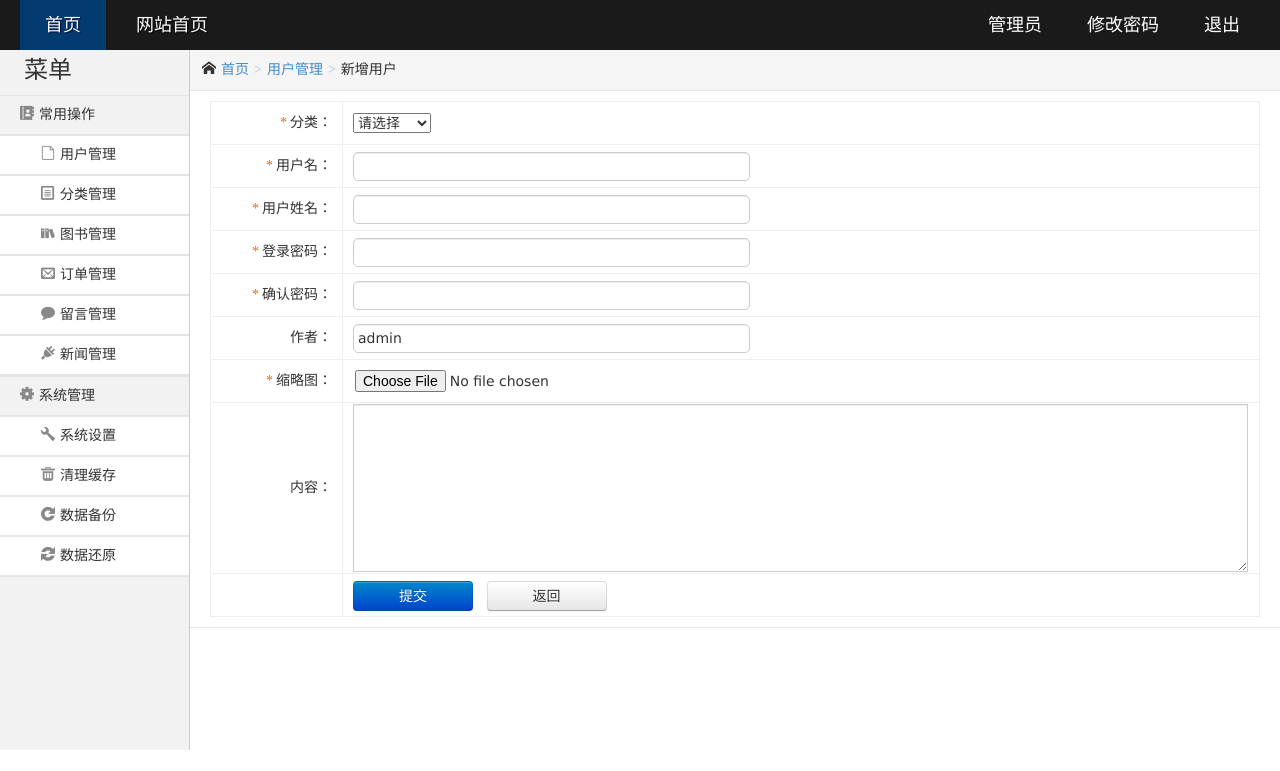
Repository: tianxiaohuahua/liuzhishop
Page: http://localhost/liuzhishop/manage/admin_useradd.jsp
The author's editor kept a copy of each file at every save. The page is drawn from the files as they stood at one save, then again after the next save.
The browser window is 1280 px wide. The pictures show the whole page.
The page is served by Tomcat 9. Other server files are loaded and not shown.

Above is the page before, as saved 2021-02-21 12:09:31.

### liuzhishop/WebContent/manage/admin_useradd.jsp
<%@ page language="java" contentType="text/html; charset=UTF-8"
    pageEncoding="UTF-8"%>
<%@ include file="admin_menu.jsp" %>
    <!--/sidebar-->
    <div class="main-wrap">

        <div class="crumb-wrap">
            <div class="crumb-list"><i class="icon-font"></i><a href="/jscss/admin/design/">首页</a><span class="crumb-step">&gt;</span><a class="crumb-name" href="admin_user.jsp">用户管理</a><span class="crumb-step">&gt;</span><span>新增用户</span></div>
        </div>
        <div class="result-wrap">
            <div class="result-content">
                <form action="/jscss/admin/design/add" method="post" id="myform" name="myform" enctype="multipart/form-data">
                    <table class="insert-tab" width="100%">
                        <tbody><tr>
                            <th width="120"><i class="require-red">*</i>分类：</th>
                            <td>
                                <select name="colId" id="catid" class="required">
                                    <option value="">请选择</option>
                                    <option value="19">精品界面</option><option value="20">推荐界面</option>
                                </select>
                            </td>
                        </tr>

                            <tr>
                                <th><i class="require-red">*</i>用户名：</th>
                                <td>
                                    <input class="common-text required" id="title" name="username" size="50" value="" type="text">
                                </td>
                            </tr>
                            <tr>
                                <th><i class="require-red">*</i>用户姓名：</th>
                                <td>
                                    <input class="common-text required" id="title" name="name" size="50" value="" type="text">
                                </td>
                            </tr>

                            <tr>
                                <th><i class="require-red">*</i>登录密码：</th>
                                <td>
                                    <input class="common-text required" id="title" name="password" size="50" value="" type="text">
                                </td>
                            </tr>

                             <tr>
                                <th><i class="require-red">*</i>确认密码：</th>
                                <td>
                                    <input class="common-text required" id="title" name="rePassword" size="50" value="" type="text">
                                </td>
                            </tr>


                            <tr>
                                <th>作者：</th>
                                <td><input class="common-text" name="author" size="50" value="admin" type="text"></td>
                            </tr>
                            <tr>
                                <th><i class="require-red">*</i>缩略图：</th>
                                <td><input name="smallimg" id="" type="file"><!--<input type="submit" onclick="submitForm('/jscss/admin/design/upload')" value="上传图片"/>--></td>
                            </tr>
                            <tr>
                                <th>内容：</th>
                                <td><textarea name="content" class="common-textarea" id="content" cols="30" style="width: 98%;" rows="10"></textarea></td>
                            </tr>
                            <tr>
                                <th></th>
                                <td>
                                    <input class="btn btn-primary btn6 mr10" value="提交" type="submit">
                                    <input class="btn btn6" onClick="history.go(-1)" value="返回" type="button">
                                </td>
                            </tr>
                        </tbody></table>
                </form>
            </div>
        </div>

    </div>
    <!--/main-->
</div>
</body>
</html>

### liuzhishop/WebContent/manage/admin_menu.jsp
<%@ page language="java" contentType="text/html; charset=UTF-8"
    pageEncoding="UTF-8"%>
<!DOCTYPE html PUBLIC "-//W3C//DTD HTML 4.01 Transitional//EN" "http://www.w3.org/TR/html4/loose.dtd">
<html>
<head>
    <meta charset="UTF-8"/>
    <title>简单通用文章系统后台管理模板</title>
    <link rel="stylesheet" type="text/css" href="css/common.css"/>
    <link rel="stylesheet" type="text/css" href="css/main.css"/>
</head>
<body>
<div class="topbar-wrap white">
    <div class="topbar-inner clearfix">
        <div class="topbar-logo-wrap clearfix">
            <h1 class="topbar-logo none"><a href="index.html" class="navbar-brand">后台管理</a></h1>
            <ul class="navbar-list clearfix">
                <li><a class="on" href="admin_index.jsp">首页</a></li>
                <li><a href="#" target="_blank">网站首页</a></li>
            </ul>
        </div>
        <div class="top-info-wrap">
            <ul class="top-info-list clearfix">
                <li><a href="#">管理员</a></li>
                <li><a href="#">修改密码</a></li>
                <li><a href="#">退出</a></li>
            </ul>
        </div>
    </div>
</div>
<div class="container clearfix">
    <div class="sidebar-wrap">
        <div class="sidebar-title">
            <h1>菜单</h1>
        </div>
        <div class="sidebar-content">
            <ul class="sidebar-list">
                <li>
                    <a href="#"><i class="icon-font">&#xe003;</i>常用操作</a>
                    <ul class="sub-menu">
                        <li><a href="admin_user.jsp"><i class="icon-font">&#xe008;</i>用户管理</a></li>
                        <li><a href="admin_cate.jsp"><i class="icon-font">&#xe005;</i>分类管理</a></li>
                        <li><a href="admin_product.jsp"><i class="icon-font">&#xe006;</i>图书管理</a></li>
                        <li><a href="admin_order.jsp"><i class="icon-font">&#xe004;</i>订单管理</a></li>
                        <li><a href="admin_message.jsp"><i class="icon-font">&#xe012;</i>留言管理</a></li>
                        <li><a href="admin_news.jsp"><i class="icon-font">&#xe052;</i>新闻管理</a></li>
                    </ul>
                </li>
                <li>
                    <a href="#"><i class="icon-font">&#xe018;</i>系统管理</a>
                    <ul class="sub-menu">
                        <li><a href="system.html"><i class="icon-font">&#xe017;</i>系统设置</a></li>
                        <li><a href="system.html"><i class="icon-font">&#xe037;</i>清理缓存</a></li>
                        <li><a href="system.html"><i class="icon-font">&#xe046;</i>数据备份</a></li>
                        <li><a href="system.html"><i class="icon-font">&#xe045;</i>数据还原</a></li>
                    </ul>
                </li>
            </ul>
        </div>
    </div>

### liuzhishop/WebContent/manage/css/common.css
html{height:100%;}
body{font:14px/1.5 '微软雅黑';word-wrap:break-word;word-break:break-all;-webkit-text-size-adjust:none;background:#fff;color:#333;}
body,dl,dd,h1,h2,h3,h4,h5,h6,p,form,ul,ol,blockquote{margin:0}
img{border:0 none;vertical-align:middle}
input,select,textarea{font-size:14px;color:#333}
input{vertical-align:middle;padding:2px;margin:0}
table{border-collapse:collapse;border-spacing:0}
select,input,button{font:14px/20px Verdana,Simsun,Helvetica,Arial,sans-serif;}
em,i,cite,blockquote{font-style:normal}
ul,ol{list-style:none outside;padding:0}
h1,h2,h3,h4,h5,h6{font-size:100%}
textarea{overflow-y:auto;padding:3px}
a{color:#428bca;text-decoration:none;outline:0}
a:hover,a:active{color:#2a6496;text-decoration:none;}
a:focus{outline:0;}
button::-moz-focus-inner{border:0;padding:0;}
figure{margin:0}
article,aside,details,figcaption,figure,footer,header,hgroup,menu,nav,section{display:block}
.ppr{position:relative;}
.ppa{position:absolute;}
.fl{float:left}
.fr{float:right}
.tl{text-align:left;}
.tc{text-align:center;}
.tr{text-align:right;}
.mlr5{margin:0 5px;}
.mt5{margin-top:5px;}
.mr5{margin-right:5px;}
.mt10{margin-top:10px;}
.ml5{margin-left:5px;}
.ml10{margin-left:10px;}
.mr10{margin-right:10px;}
.mb10{margin-bottom:10px;}
.mb20{margin-bottom:20px;}
.pl5{padding-left:5px;}
.pb10{padding-bottom:10px;}
.pt20{padding-top:20px;}
.pl10{padding-left:10px;}
.ptb20{padding:20px 0;}
.grayc{color:#ccc}
.gray6{color:#666}
.gray9{color:#999}
.emstyle{font-style:italic}
.clear{clear:both}
.clearfix:after{content:".";display:block;height:0;clear:both;visibility:hidden;}
.clearfix{*height:1%;}
.none{display:none}
.block{display:block;}
.minheight500{min-height:500px;height:auto !important;height:500px;overflow:visible;}
.wrap-box{width:960px;margin:0 auto;}
.blue,.blue a:link,.blue a:visited{color:blue;}
.blue a:hover{color:#f60;}
.white,.white a:link,.white a:visited{color:#fff;}
.white a:hover{color:#ff0;}
.red,.red a:link,.red a:visited{color:#f00;}
.red a:hover{color:#f60;}
.orange,.orange a:link,.orange a:visited{color:#ffa500;}
.orange a:hover{color:#f60;}
@font-face{font-family:'icomoon';src:url('../fonts/icomoon.eot');src:url('../fonts/icomoon.eot?#iefix') format('embedded-opentype'),url('../fonts/icomoon.woff') format('woff'),url('../fonts/icomoon.ttf') format('truetype'),url('../fonts/icomoon.svg#icomoon') format('svg');font-weight:normal;font-style:normal;}
.icon-font { font-family:'icomoon'; speak:none; font-weight:400; font-style:normal; font-variant:normal; text-transform:none; line-height:1; -webkit-font-smoothing:antialiased; }
.require-red{color:#f60;font-family:serif;margin-right:3px;}
/* common */
.topbar-wrap{height:50px;line-height:50px;background:#1A1A1A;}
.topbar-logo-wrap{float:left;}
.topbar-inner{font-size:18px;padding:0 20px;}
.topbar-logo{float:left;width:150px;text-align:center;}
.navbar-list{float:left;}
.top-info-wrap{float:right;}
.navbar-list{}
.navbar-list li{float:left;}
.navbar-list li a{float:left;margin-right:5px;padding:0 25px;text-shadow:1px 1px 1px #000;}
.navbar-list li a:hover{background:#343434;}
.navbar-list li a.on{color:#fff;text-shadow:1px 1px 1px #003;background:#033b70;}
.top-info-list li{float:left;}
.top-info-list li a{float:left;margin-left:5px;padding:0 20px;display:inline;zoom:1;}
.top-info-list li a:hover{background:#343434;}
.btn{display:inline-block;*display:inline;padding:4px 12px;margin-bottom:0;*margin-left:.3em;font-size:14px;line-height:20px;color:#333333;text-align:center;text-shadow:0 1px 1px rgba(255,255,255,0.75);vertical-align:middle;cursor:pointer;background-color:#f5f5f5;*background-color:#e6e6e6;background-image:-moz-linear-gradient(top,#ffffff,#e6e6e6);background-image:-webkit-gradient(linear,0 0,0 100%,from(#ffffff),to(#e6e6e6));background-image:-webkit-linear-gradient(top,#ffffff,#e6e6e6);background-image:-o-linear-gradient(top,#ffffff,#e6e6e6);background-image:linear-gradient(to bottom,#ffffff,#e6e6e6);background-repeat:repeat-x;border:1px solid #bbbbbb;*border:0;border-color:#e6e6e6 #e6e6e6 #bfbfbf;border-color:rgba(0,0,0,0.1) rgba(0,0,0,0.1) rgba(0,0,0,0.25);border-bottom-color:#a2a2a2;-webkit-border-radius:4px;-moz-border-radius:4px;border-radius:4px;filter:progid:DXImageTransform.Microsoft.gradient(startColorstr='#ffffffff',endColorstr='#ffe6e6e6',GradientType=0);filter:progid:DXImageTransform.Microsoft.gradient(enabled=false);*zoom:1;-webkit-box-shadow:inset 0 1px 0 rgba(255,255,255,0.2),0 1px 2px rgba(0,0,0,0.05);-moz-box-shadow:inset 0 1px 0 rgba(255,255,255,0.2),0 1px 2px rgba(0,0,0,0.05);box-shadow:inset 0 1px 0 rgba(255,255,255,0.2),0 1px 2px rgba(0,0,0,0.05);}
.btn:hover,.btn:active,.btn.active,.btn.disabled,.btn[disabled]{color:#333333;background-color:#e6e6e6;*background-color:#d9d9d9;}
.btn:active,.btn.active{background-color:#cccccc \9;}
.btn:first-child{*margin-left:0;}
.btn:hover{color:#333333;text-decoration:none;background-position:0 -15px;-webkit-transition:background-position 0.1s linear;-moz-transition:background-position 0.1s linear;-o-transition:background-position 0.1s linear;transition:background-position 0.1s linear;}
.btn:focus{outline:thin dotted #333;outline:5px auto -webkit-focus-ring-color;outline-offset:-2px;}
.btn.active,.btn:active{background-image:none;outline:0;-webkit-box-shadow:inset 0 2px 4px rgba(0,0,0,0.15),0 1px 2px rgba(0,0,0,0.05);-moz-box-shadow:inset 0 2px 4px rgba(0,0,0,0.15),0 1px 2px rgba(0,0,0,0.05);box-shadow:inset 0 2px 4px rgba(0,0,0,0.15),0 1px 2px rgba(0,0,0,0.05);}
.btn-primary{color:#ffffff;text-shadow:0 -1px 0 rgba(0,0,0,0.25);background-color:#006dcc;*background-color:#0044cc;background-image:-moz-linear-gradient(top,#0088cc,#0044cc);background-image:-webkit-gradient(linear,0 0,0 100%,from(#0088cc),to(#0044cc));background-image:-webkit-linear-gradient(top,#0088cc,#0044cc);background-image:-o-linear-gradient(top,#0088cc,#0044cc);background-image:linear-gradient(to bottom,#0088cc,#0044cc);background-repeat:repeat-x;border-color:#0044cc #0044cc #002a80;border-color:rgba(0,0,0,0.1) rgba(0,0,0,0.1) rgba(0,0,0,0.25);filter:progid:DXImageTransform.Microsoft.gradient(startColorstr='#ff0088cc',endColorstr='#ff0044cc',GradientType=0);filter:progid:DXImageTransform.Microsoft.gradient(enabled=false);}
.btn-primary:hover,.btn-primary:active,.btn-primary.active,.btn-primary.disabled,.btn-primary[disabled]{color:#ffffff;background-color:#0044cc;*background-color:#003bb3;}
.btn-primary:active,.btn-primary.active{background-color:#003399 \9;}
.btn-warning{color:#ffffff;text-shadow:0 -1px 0 rgba(0,0,0,0.25);background-color:#faa732;*background-color:#f89406;background-image:-moz-linear-gradient(top,#fbb450,#f89406);background-image:-webkit-gradient(linear,0 0,0 100%,from(#fbb450),to(#f89406));background-image:-webkit-linear-gradient(top,#fbb450,#f89406);background-image:-o-linear-gradient(top,#fbb450,#f89406);background-image:linear-gradient(to bottom,#fbb450,#f89406);background-repeat:repeat-x;border-color:#f89406 #f89406 #ad6704;border-color:rgba(0,0,0,0.1) rgba(0,0,0,0.1) rgba(0,0,0,0.25);filter:progid:DXImageTransform.Microsoft.gradient(startColorstr='#fffbb450',endColorstr='#fff89406',GradientType=0);filter:progid:DXImageTransform.Microsoft.gradient(enabled=false);}
.btn-warning:hover,.btn-warning:active,.btn-warning.active,.btn-warning.disabled,.btn-warning[disabled]{color:#ffffff;background-color:#f89406;*background-color:#df8505;}
.btn-warning:active,.btn-warning.active{background-color:#c67605 \9;}
.btn-danger{color:#ffffff;text-shadow:0 -1px 0 rgba(0,0,0,0.25);background-color:#da4f49;*background-color:#bd362f;background-image:-moz-linear-gradient(top,#ee5f5b,#bd362f);background-image:-webkit-gradient(linear,0 0,0 100%,from(#ee5f5b),to(#bd362f));background-image:-webkit-linear-gradient(top,#ee5f5b,#bd362f);background-image:-o-linear-gradient(top,#ee5f5b,#bd362f);background-image:linear-gradient(to bottom,#ee5f5b,#bd362f);background-repeat:repeat-x;border-color:#bd362f #bd362f #802420;border-color:rgba(0,0,0,0.1) rgba(0,0,0,0.1) rgba(0,0,0,0.25);filter:progid:DXImageTransform.Microsoft.gradient(startColorstr='#ffee5f5b',endColorstr='#ffbd362f',GradientType=0);filter:progid:DXImageTransform.Microsoft.gradient(enabled=false);}
.btn-danger:hover,.btn-danger:active,.btn-danger.active,.btn-danger.disabled,.btn-danger[disabled]{color:#ffffff;background-color:#bd362f;*background-color:#a9302a;}
.btn-danger:active,.btn-danger.active{background-color:#942a25 \9;}
.btn-success{color:#ffffff;text-shadow:0 -1px 0 rgba(0,0,0,0.25);background-color:#5bb75b;*background-color:#51a351;background-image:-moz-linear-gradient(top,#62c462,#51a351);background-image:-webkit-gradient(linear,0 0,0 100%,from(#62c462),to(#51a351));background-image:-webkit-linear-gradient(top,#62c462,#51a351);background-image:-o-linear-gradient(top,#62c462,#51a351);background-image:linear-gradient(to bottom,#62c462,#51a351);background-repeat:repeat-x;border-color:#51a351 #51a351 #387038;border-color:rgba(0,0,0,0.1) rgba(0,0,0,0.1) rgba(0,0,0,0.25);filter:progid:DXImageTransform.Microsoft.gradient(startColorstr='#ff62c462',endColorstr='#ff51a351',GradientType=0);filter:progid:DXImageTransform.Microsoft.gradient(enabled=false);}
.btn-success:hover,.btn-success:active,.btn-success.active,.btn-success.disabled,.btn-success[disabled]{color:#ffffff;background-color:#51a351;*background-color:#499249;}
.btn-success:active,.btn-success.active{background-color:#408140 \9;}
.btn-info{color:#ffffff;text-shadow:0 -1px 0 rgba(0,0,0,0.25);background-color:#49afcd;*background-color:#2f96b4;background-image:-moz-linear-gradient(top,#5bc0de,#2f96b4);background-image:-webkit-gradient(linear,0 0,0 100%,from(#5bc0de),to(#2f96b4));background-image:-webkit-linear-gradient(top,#5bc0de,#2f96b4);background-image:-o-linear-gradient(top,#5bc0de,#2f96b4);background-image:linear-gradient(to bottom,#5bc0de,#2f96b4);background-repeat:repeat-x;border-color:#2f96b4 #2f96b4 #1f6377;border-color:rgba(0,0,0,0.1) rgba(0,0,0,0.1) rgba(0,0,0,0.25);filter:progid:DXImageTransform.Microsoft.gradient(startColorstr='#ff5bc0de',endColorstr='#ff2f96b4',GradientType=0);filter:progid:DXImageTransform.Microsoft.gradient(enabled=false);}
.btn-info:hover,.btn-info:active,.btn-info.active,.btn-info.disabled,.btn-info[disabled]{color:#ffffff;background-color:#2f96b4;*background-color:#2a85a0;}
.btn-info:active,.btn-info.active{background-color:#24748c \9;}
.btn-inverse{color:#ffffff;text-shadow:0 -1px 0 rgba(0,0,0,0.25);background-color:#363636;*background-color:#222222;background-image:-moz-linear-gradient(top,#444444,#222222);background-image:-webkit-gradient(linear,0 0,0 100%,from(#444444),to(#222222));background-image:-webkit-linear-gradient(top,#444444,#222222);background-image:-o-linear-gradient(top,#444444,#222222);background-image:linear-gradient(to bottom,#444444,#222222);background-repeat:repeat-x;border-color:#222222 #222222 #000000;border-color:rgba(0,0,0,0.1) rgba(0,0,0,0.1) rgba(0,0,0,0.25);filter:progid:DXImageTransform.Microsoft.gradient(startColorstr='#ff444444',endColorstr='#ff222222',GradientType=0);filter:progid:DXImageTransform.Microsoft.gradient(enabled=false);}
.btn-inverse:hover,.btn-inverse:active,.btn-inverse.active,.btn-inverse.disabled,.btn-inverse[disabled]{color:#ffffff;background-color:#222222;*background-color:#151515;}
.btn-inverse:active,.btn-inverse.active{background-color:#080808 \9;}
.btn4{width:60px;}
.btn5{width:80px;}
.btn6{width:120px;}
.btn7{width:130px;}
.btn8{width:140px;}
.btn9{width:160px;}
.btn10{width:180px;}
.btn50{width:50%;}
.btn100{width:100%;}
textarea,input[type="text"],input[type="password"],input[type="datetime"],input[type="datetime-local"],input[type="date"],input[type="month"],input[type="time"],input[type="week"],input[type="number"],input[type="email"],input[type="url"],input[type="search"],input[type="tel"],input[type="color"],.uneditable-input{background-color:#ffffff;border:1px solid #cccccc;-webkit-box-shadow:inset 0 1px 1px rgba(0,0,0,0.075);-moz-box-shadow:inset 0 1px 1px rgba(0,0,0,0.075);box-shadow:inset 0 1px 1px rgba(0,0,0,0.075);-webkit-transition:border linear 0.2s,box-shadow linear 0.2s;-moz-transition:border linear 0.2s,box-shadow linear 0.2s;-o-transition:border linear 0.2s,box-shadow linear 0.2s;transition:border linear 0.2s,box-shadow linear 0.2s;}
textarea:focus,input[type="text"]:focus,input[type="password"]:focus,input[type="datetime"]:focus,input[type="datetime-local"]:focus,input[type="date"]:focus,input[type="month"]:focus,input[type="time"]:focus,input[type="week"]:focus,input[type="number"]:focus,input[type="email"]:focus,input[type="url"]:focus,input[type="search"]:focus,input[type="tel"]:focus,input[type="color"]:focus,.uneditable-input:focus{border-color:rgba(82,168,236,0.8);outline:0;outline:thin dotted \9;/* IE6-9 */
-webkit-box-shadow:inset 0 1px 1px rgba(0,0,0,0.075),0 0 8px rgba(82,168,236,0.6);-moz-box-shadow:inset 0 1px 1px rgba(0,0,0,0.075),0 0 8px rgba(82,168,236,0.6);box-shadow:inset 0 1px 1px rgba(0,0,0,0.075),0 0 8px rgba(82,168,236,0.6);}
.insert-tab{border-collapse:collapse;border:1px solid #eee;}
.insert-tab th,.insert-tab td{border:1px solid #eee;}
.insert-tab tr{line-height:40px;}
.insert-tab th{text-align:right;font-weight:normal;padding-right:10px;font-size:14px;}
.insert-tab td{text-align:left;padding-left:10px;}
.list-page{padding:20px 0;text-align:center;}
.list-page a{margin:0 5px;padding:2px 7px;border:1px solid #ccc;background:#f3f3f3;}
.list-page a:hover{background:#e4e4e4;border:1px solid #908f8f;}
.list-page .current{margin:0 5px;padding:2px 7px;background:#f60;border:1px solid #fe8101;color:#fff;}

### liuzhishop/WebContent/manage/css/main.css
.sidebar-wrap{float: left;width: 189px;min-height:700px;background: #f2f2f2;border-right:1px solid #ccc;/*cursor:e-resize;*/}
.main-wrap{margin-left: 190px;min-height:100%;}
.sidebar-title{height: 40px;line-height: 40px;text-indent:1em;font-size: 24px;text-align: left;}
.sidebar-title h1{font-weight: normal;}
.sidebar-content{padding-top: 5px;}
.sidebar-list li{border:1px solid #e5e5e5;border-width:1px 0;}
.sidebar-list li .icon-font{margin-right: 5px;color: #888;font-size: 14px;}
.sidebar-list li a{padding: 0 16px 0 20px;display: block;height: 38px;line-height: 38px;color: #333;}
.sidebar-list li a:hover{background: #fff;color: #1963AA;}
.sub-menu{border-top: 1px solid #e5e5e5;background: #fff;}
.sub-menu li{padding-left: 21px;}
.sub-menu li.on{background: #1963AA;}
.sub-menu li.on a{background: #1963AA;color: #fff;}
.sub-menu li.on .icon-font{color: #fff;}
.sub-menu .icon-font{font-size: 11px;}
/* main */
.crumb-wrap{height: 40px;line-height: 39px;border-bottom: 1px solid #e5e5e5;background: #f5f5f5;}
.crumb-list{padding-left: 12px;}
.crumb-list .icon-font{margin-right: 5px;}
.crumb-step{margin: 0 5px;color: #b2c2e0;font-family: serif;}
.search-wrap{padding: 15px 0;border-bottom: 1px solid #e5e5e5;}
.search-tab tr{line-height: 35px;}
.search-tab th{text-align: right;padding-right:10px;font-weight: normal;}
.search-tab td{padding: 0 5px;}
.common-text{height: 23px;line-height: 23px;padding: 2px 4px;border: 1px solid #ccc;background: #fff;border-radius:5px;}
.result-wrap{padding:10px 20px;border-bottom: 1px solid #e5e5e5;}
.result-title{line-height: 35px;padding-bottom: 5px;overflow: hidden;}
.comment-title{line-height: 35px;margin-bottom: 10px;overflow: hidden;}
.result-list a{margin-right: 15px;}
.result-list i{padding-right: 5px;}
.result-tab{border-collapse:collapse;border: 1px solid #ddd;}
.result-tab th{font-weight: normal;font-size: 15px;text-align: left;background: url(../images/tab-thbg.png) #f9f9f9 0 bottom repeat-x;}
.result-tab th,.result-tab td{padding:5px;border-bottom: 1px solid #ddd;border-right: 1px solid #e1e1e1;}
.result-tab tr{line-height:35px;}
.result-tab th.tc,.result-tab td.tc{text-align: center;}
.result-tab tr:nth-child(odd){background: #f9f9f9;}
.result-tab tr:hover{background: #f1f1f1;}
.result-tab tr.even-tr{background: #e9fff2;}
.comment-tab{border-bottom: 1px solid #ddd;padding-left: 15px;margin-bottom: 10px;}
.comment-tab a{float: left;}
.comment-tab a.on{padding: 0 15px;background: #49afcd;color: #fff;border-radius:5px 5px 0 0;}
/* config */
.config-items{margin-bottom: 25px;}
.config-title{margin-bottom: 10px;}
.config-title h1{font-size: 14px;font-weight: normal;}
.config-title h1 i{margin-right: 5px;font-size: 12px;}
.columns-title{padding: 10px 0;height: 35px;line-height: 35px;overflow: hidden;}
/*.columns-title .comment-tab{padding-left: 0;}*/
.visitor-img{float: left;}
.visitor-info{float: left;padding-left: 10px;line-height:23px;}
.visitor-email{color: #aaa;}
.short-wrap a{margin-right: 20px;}
.short-wrap a i{margin-right: 5px;}
.res-lab{display: inline-block;width: 150px;padding-right: 10px;text-align: right;}
.sys-info-list li{line-height: 35px;border-bottom: 1px dashed #eaeaea;}
.res-lab{color: #909090;}
.res-info{font-size: 15px;}
.sort-input{width: 25px;text-align: center;}

After the next save:
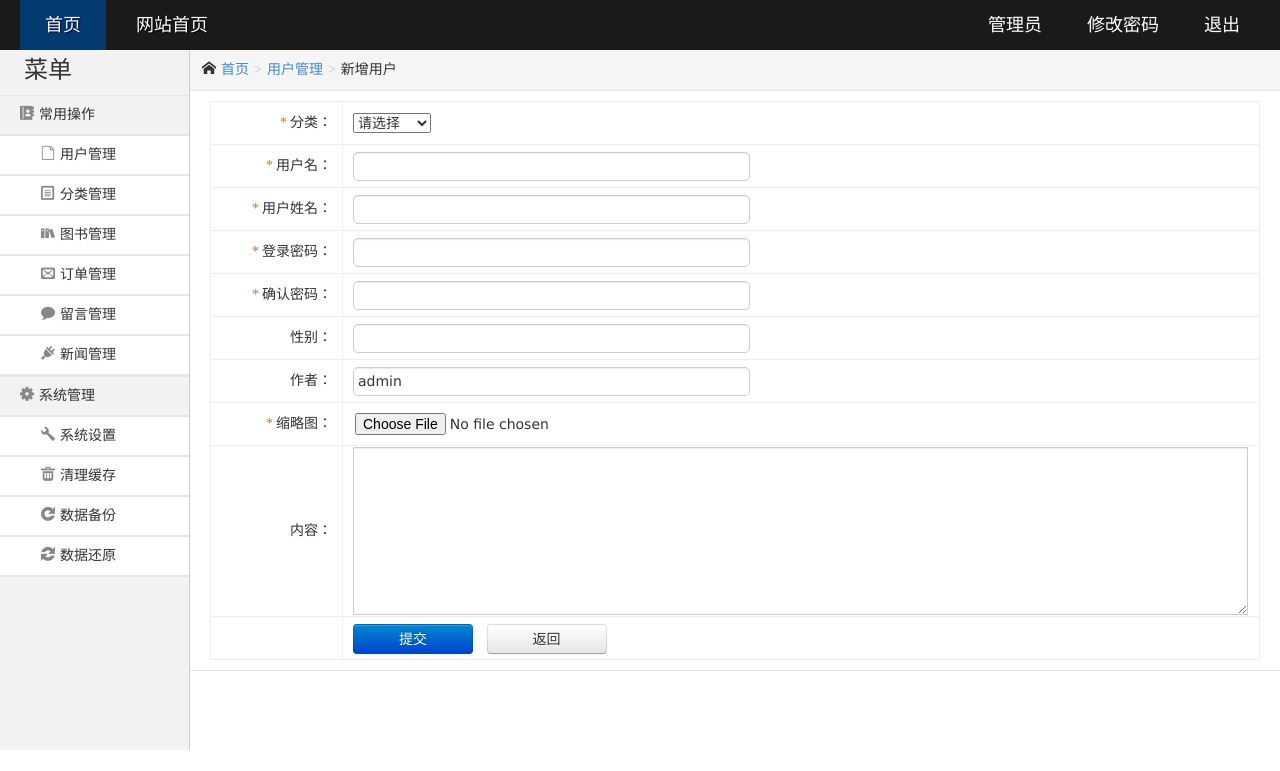
Saved 92 s later.
--- a/liuzhishop/WebContent/manage/admin_useradd.jsp
+++ b/liuzhishop/WebContent/manage/admin_useradd.jsp
@@ -48,6 +48,12 @@
                                 </td>
                             </tr>
 
+                           <tr>
+                                <th>性别：</th>
+                                <td>
+                                    <input class="common-text required" id="title" name="rePassword" size="50" value="" type="text">
+                                </td>
+                            </tr>
 
                             <tr>
                                 <th>作者：</th>
